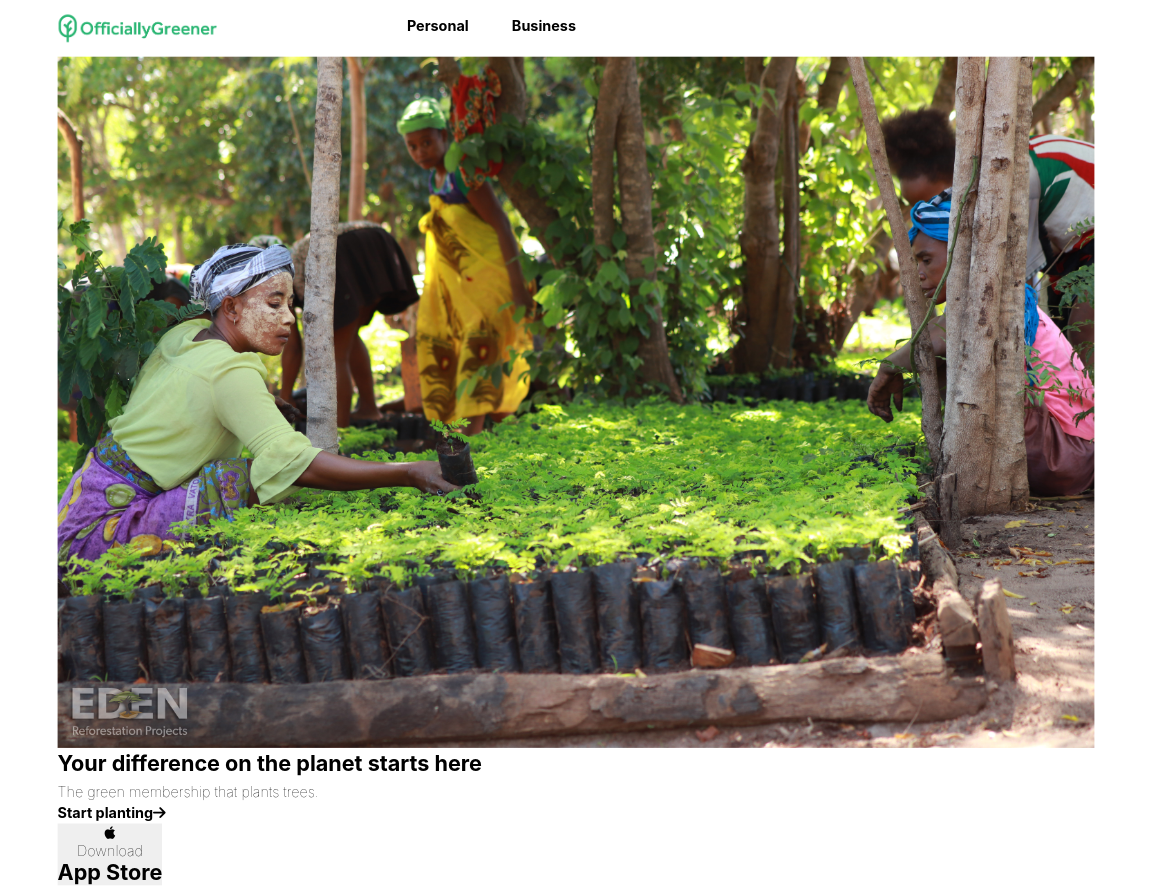
Repository: Sinkycode/Officially-Greener-v2
Page: index.html
The author's editor kept a copy of each file at every save. The page is drawn from the files as they stood at one save, then again after the next save.
The browser window is 1280 px wide. The pictures show the whole page, at 90% of full size.
Some web libraries are served in a nearby version.

Above is the page before, as saved 2023-03-08 15:03:08.

After the next save:
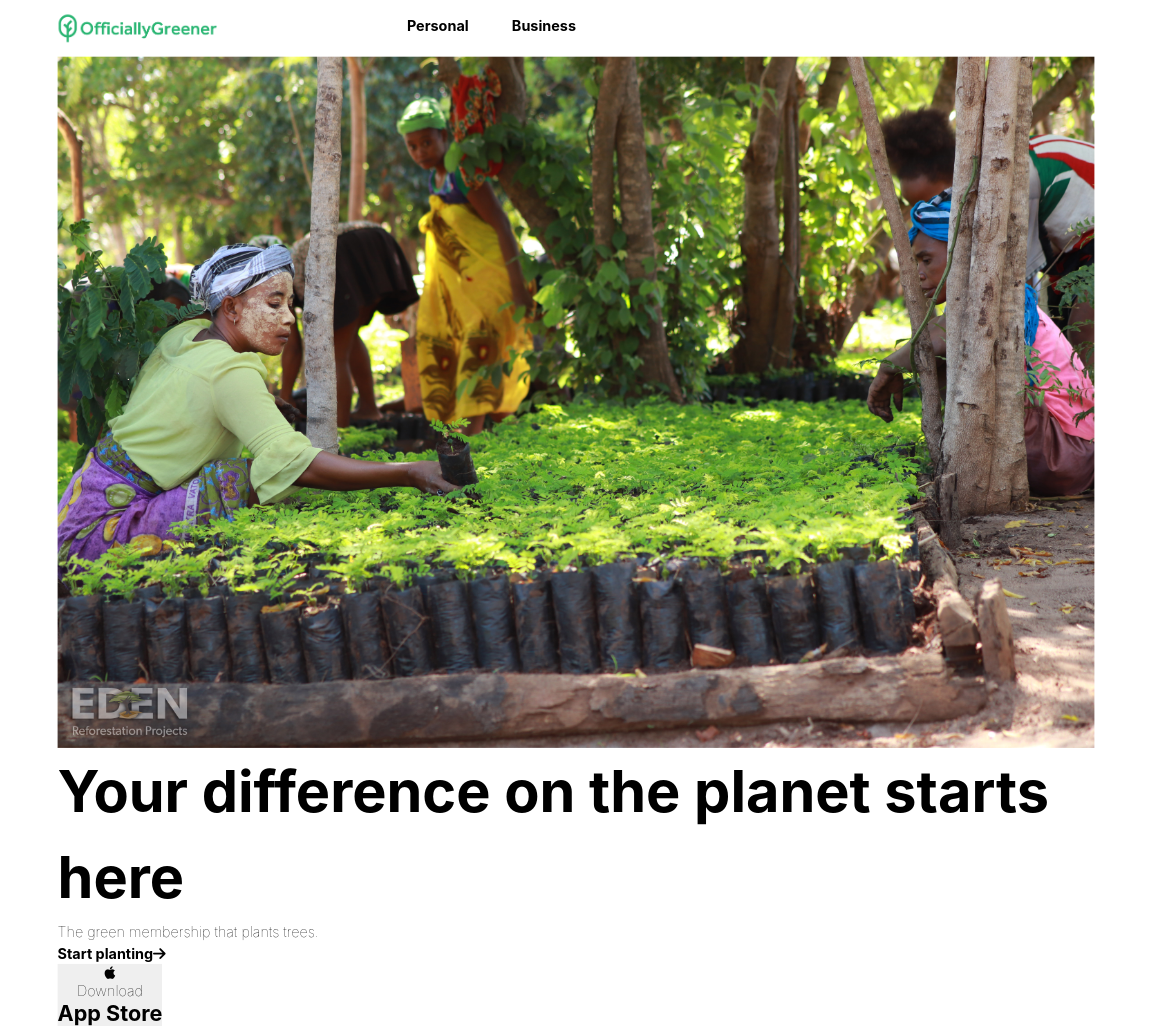
Saved 12 s later.
--- a/index.html
+++ b/index.html
@@ -33,7 +33,7 @@
     </div>
     <div class="landing-page__context">
      <div class="texts">
-      <h1 class="big-title">Your difference on the planet starts here</h1>
+      <h1 class="txt-size-800">Your difference on the planet starts here</h1>
       <p class="gray-para">The green membership that plants trees.</p>
       <a href="#" class="simple-link">Start planting<i class="fa-sharp fa-solid fa-arrow-right"></i></a>
      </div>
